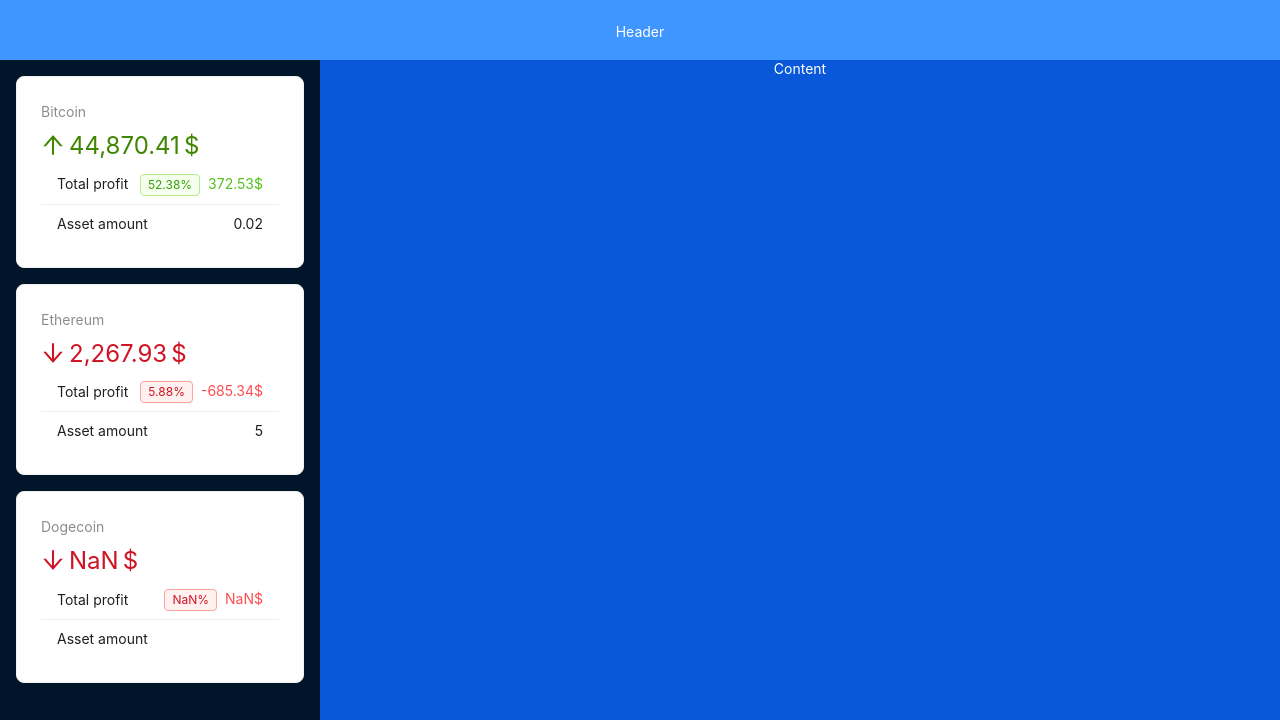
Repository: iveivs/ninim
Page: / (app in react-crypto-initial/)
These files come from the project's save history. The page is drawn as it stood at one moment and after a run of saves; the edit follows.
The browser window is 1280 px wide. The pictures show the whole page.
The project was rebuilt for these pictures with package versions that can differ from the ones it lists, and the page was loaded fresh each time. Also part of the build but not shown: react-crypto-initial/vite.config.js.

Above is the page before, as saved 2024-02-18 17:44:35.

After the next 4 saves:
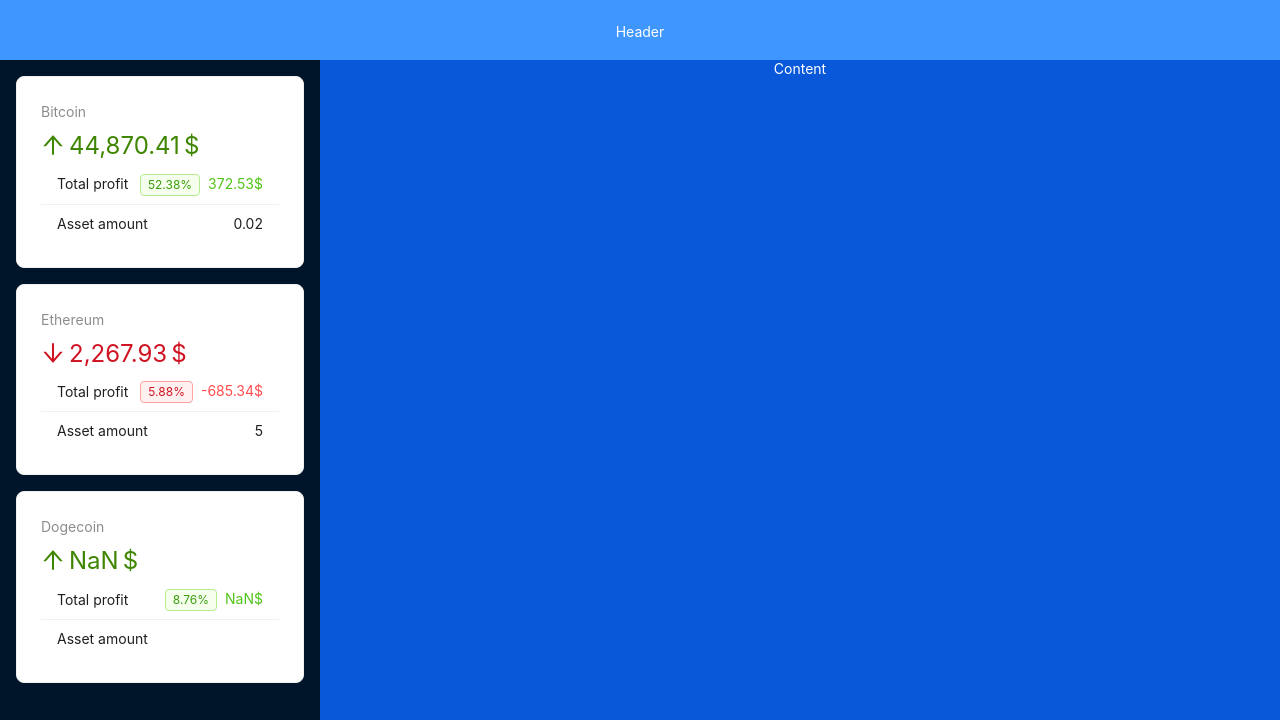
The 4 saves are shown as one change because 1 did not build or start and some came seconds apart.
The last was saved 18 s later.
--- a/react-crypto-initial/src/data.js
+++ b/react-crypto-initial/src/data.js
@@ -623,6 +623,7 @@
     date: new Date(),
   },
   {
-    id: 'dogecoin'
+    id: 'dogecoin',
+    price: 0.072
   }
 ]
